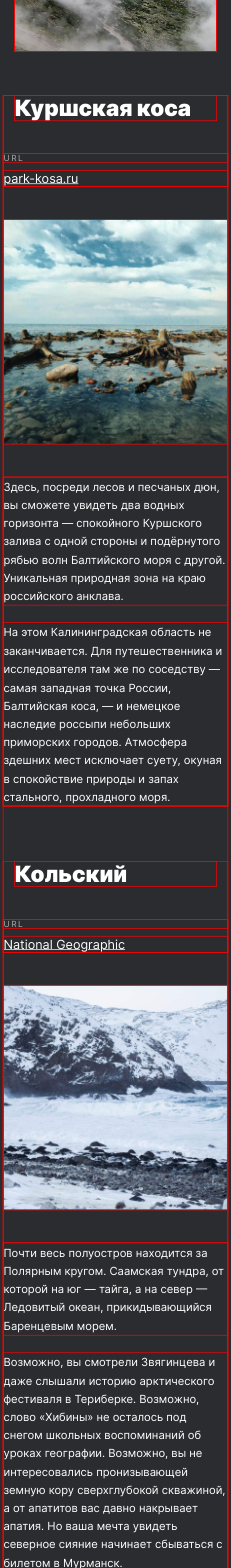
Repository: 89373611988/russia-travel
Page: index.html
The author's editor kept a copy of each file at every save. The page is drawn from the files as they stood at one save, then again after the next save.
The browser window is 330 px wide. The pictures show the part of the page from y = 4260 to 6500 px (the page is 10976 px tall before and 15829 px after), at 70% of full size.

Above is the page before, as saved 2021-12-23 00:05:02.

### index.html
<!DOCTYPE html>
<html lang="ru">
  <head>
    <meta charset="UTF-8" />
    <meta name="viewport" content="width=device-width, initial-scale=1">
    <title>Путешествие по России</title>
    <link rel="stylesheet" href="pages/index.css" />
  </head>

  <body>
    <div class="page">
      <header class="header page__header">
        <img src="./images/header-logo.svg" alt="" class="header__logo">
        <ul class="header__list">
          <li class="header__item">
            <a href="#" target="_blank" class="header__lang-link">Ru</a>
          </li>
          <li class="header__item">
            <a href="#" target="_blank" class="header__lang-link">En</a>
          </li>
        </ul>
      </header>
      <main class="content">

        <section class="lead">
          <h1 class="lead__title">Путешествия по России</h1>
          <p class="lead__subtitle">Настоящая страна не в выпусках новостей, а здесь.</p>
          <img src="./images/lead-polka.jpg" alt="Отдых в вагоне" class="lead__image">
          <p class="lead__caption">ваша полка — верхняя</p>
        </section>


        <section class="intro page__intro">
          <h2 class="intro__title">Чего мы там не видели?</h2>
          <p class="intro__text">По опросам ВЦИОМ, 95% россиян мечтают куда-нибудь поехать, но только 36% планируют провести отпуск в родной стране. Мол, чего мы тут, дома, не видели? На самом деле, Россия — это целая вселенная с ласковым морем юга, густыми лесами Саян и суровыми льдами плато Путорана. А ещё увидеть все эти красоты можно без миллионов на счету, загранпаспорта и многочасовых перелетов. Как, например, Вера Башмакова — смелая молодая мама, которая взяла в охапку троих детей, усадила их в свою «Ладу» и проехала 20 тысяч километров по родной стране. Мы выбрали и описали некоторые интересные места, достойные вашего отпуска.</p>
          <ul class="intro__list">
            <li class="intro__item">Часовых поясов
              <span class="intro__number">11</span>
            </li>
            <li class="intro__item">Объектов природного наследия ЮНЕСКО
              <span class="intro__number">12</span>
            </li>
            <li class="intro__item">Объектов культурного наследия ЮНЕСКО
              <span class="intro__number">16</span>
            </li>
            <li class="intro__item">Природных заповедников
              <span class="intro__number">105</span>
            </li>
            <li class="intro__item">Аэропортов
              <span class="intro__number">241</span>
            </li>
          </ul>
        </section>


        <section class="photo-grid">
          <img src="./images/photo-grid-train.jpg" alt="Вид из окна вагона" class="photo-grid__item">
          <img src="./images/photo-grid-atharva-tulsi.jpg" alt="Облака в горах" class="photo-grid__item">
          <img src="./images/photo-grid-tuman.jpg" alt="Собака на сене" class="photo-grid__item">
          <img src="./images/photo-grid-sochi.jpg" alt="Туман в горах" class="photo-grid__item">
          <img src="./images/photo-grid-arisa.jpg" alt="Машина на льду" class="photo-grid__item">
          <img src="./images/photo-grid-baikal.jpg" alt="Берег Байкала" class="photo-grid__item">
          <img src="./images/photo-grid-elbrus.jpg" alt="Гора Эльбрус" class="photo-grid__item">
          <img src="./images/photo-grid-kondratiev.jpg" alt="Пешеходный переход" class="photo-grid__item">
          <img src="./images/photo-grid-kamchatka-1.jpg" alt="Горный барельеф на Камчатке" class="photo-grid__item">
          <img src="./images/photo-grid-kamchatka-2.jpg" alt="Камчатка Гора" class="photo-grid__item">
          <img src="./images/photo-grid-baikal-2.jpg" alt="Горный берг Байкала" class="photo-grid__item">
          <img src="./images/photo-grid-ergaki.jpg" alt="Горы в тумане" class="photo-grid__item">
        </section>


        <section class="places page__places">
          <div class="place">
            <h2 class="place__title">Куршская коса</h2>
            <div class="place__website">
              <h3 class="place__url-heading">URL</h3>
              <a href="http://park-kosa.ru" class="place__link">park-kosa.ru</a>
            </div>
            <img src="./images/place-kosa.jpg" alt="Куршский залив" class="place__image">
            <div class="place__container">
              <p class="place__paragraph">Здесь, посреди лесов и песчаных дюн, вы сможете увидеть два водных горизонта — спокойного Куршского залива с одной стороны и подёрнутого рябью волн Балтийского моря с другой. Уникальная природная зона на краю российского анклава.</p>
            <p class="place__paragraph">На этом Калининградская область не заканчивается. Для путешественника и исследователя там же по соседству — самая западная точка России, Балтийская коса, — и немецкое наследие россыпи небольших приморских городов. Атмосфера здешних мест исключает суету, окуная в спокойствие природы и запах стального, прохладного моря.</p>
            </div>
          </div>
          <div class="place">
            <h2 class="place__title">Кольский</h2>
            <div class="place__website">
              <h3 class="place__url-heading">URL</h3>
              <a href="https://yourshot.nationalgeographic.com/photos/?keywords=kolskiy" class="place__link">National Geographic</a>
            </div>
            <img src="./images/place-kolsky.jpg" alt="Кольский полуостров" class="place__image">
            <div class="place__container">
              <p class="place__paragraph">Почти весь полуостров находится за Полярным кругом. Саамская тундра, от которой на юг — тайга, а на север — Ледовитый океан, прикидывающийся Баренцевым морем.</p>
              <p class="place__paragraph">Возможно, вы смотрели Звягинцева и даже слышали историю арктического фестиваля в Териберке. Возможно, слово «Хибины» не осталось под снегом школьных воспоминаний об уроках географии. Возможно, вы не интересовались пронизывающей земную кору сверхглубокой скважиной, а от апатитов вас давно накрывает апатия. Но ваша мечта увидеть северное сияние начинает сбываться с билетом в Мурманск.</p>
            </div>
          </div>
          <div class="place">
            <h2 class="place__title">Алтай</h2>
            <div class="place__website">
              <h3 class="place__url-heading">URL</h3>
              <a href="https://www.facebook.com/vera.bashmakova/posts/10156011613718822" class="place__link">Facebook</a>
            </div>
            <img src="./images/place-altai.jpg" alt="Природа Алтая" class="place__image">
            <div class="place__container">
              <p class="place__paragraph">Алтай — одно из красивейших мест в России.
                В первую очередь из-за гор: если ехать вдоль хребта, вы увидите склоны, усыпанные соснами, горные реки и озёра. А если вы откроете в автомобиле окна, сможете познакомиться с невидимым чудом здешних мест — горным воздухом.</p>
              <p class="place__paragraph">Климат на Алтае умеренный, поэтому ехать сюда лучше всего летом. Так вы увидите всё разнообразие местной флоры и фауны. По лесам Алтая бродят лоси, над хребтами летают орлы, а на равнинах пасутся косули. И знаменитые манулы — тоже обитатели Алтайского края.</p>
            </div>
          </div>
          <div class="place">
            <h2 class="place__title">Зимний Байкал</h2>
            <div class="place__website">
              <h3 class="place__url-heading">URL</h3>
              <a href="https://vk.com/baikalmile" class="place__link">https://vk.com/baikalmile</a>
            </div>
            <img src="./images/place-winter-baikal.jpg" alt="Морозные узора" class="place__image">
            <div class="place__container">
              <p class="place__paragraph">Всем известен Байкал как крупнейшее озеро
                в мире. Многие также знают, что это самый большой источник пресной воды и одно из красивейших мест в России.</p>
              <p class="place__paragraph">Конечно, это всё так. Но Байкал ещё идеальное    место для соревнований по скийорингу. Это такой вид спорта, когда лыжник привязывает себя к мотоциклу, и тандем старается развить как можно бóльшую скорость на льду. В марте 2019 года на фестивале «Байкальская миля» был поставлен мировой рекорд — 197.011 км/ч.</p>
            </div>
          </div>
          <div class="place">
            <h2 class="place__title">Карелия</h2>
            <div class="place__website">
              <h3 class="place__url-heading">URL</h3>
              <a href="http://vodlozero.ru" class="place__link">http://vodlozero.ru/</a>
            </div>
            <img src="./images/place-karelia.jpg" alt="Река в лесу" class="place__image">
            <div class="place__container">
              <p class="place__paragraph">Сибирь заканчивается не на Урале, а в Карелии: образующая тайгу сибирская лиственница не растёт западнее Водлозера. Зато здесь она вымахивает на 30 метров — леса карельских национальных парков из-за непроходимых болот никогда не знали топора. Некоторым соснам уже больше чем полтысячелетия. Прикоснитесь к живому существу, видевшему солнце раньше, чем увидал его Иван Грозный. В девственном лесу на сотню километров не встретишь тропы. А на редких тропинках деревья в паре метров от земли помечены медвежьими когтями. Чтобы все знали, кто тут хозяин.</p>
            </div>
          </div>
        </section>


        <section class="cover page__cover">
          <a href="https://stampsy.com/na-elektrichkakh-do-baikala" class="cover__overlay">
            <h2 class="cover__title">До Байкала «на собаках»</h2>
            <p class="cover__subtitle">По мотивам учебной темы о Транссибе — путешествие от столицы до Байкала на электричках.</p>
          </a>
        </section>
      </main>


      <footer class="footer">
        <ul class="footer__list">
          <li class="footer__item">
            <a href="https://yandex.ru/maps" class="footer__link">Карты</a>
          </li>
          <li class="footer__item">
            <a href="https://yandex.ru/pogoda" class="footer__link">Погода</a>
          </li>
          <li class="footer__item">
            <a href="https://rasp.yandex.ru" class="footer__link">Расписание</a>
          </li>
          <li class="footer__item">
            <a href="https://calendar.yandex.ru" class="footer__link">Календарь</a>
          </li>
          <li class="footer__item">
            <a href="https://travel.yandex.ru" class="footer__link">Путешествия</a>
          </li>
        </ul>
        <p class="footer__copyright">&copy; 2021. Эльвира Киямова</p>
      </footer>

    </div>
  </body>
</html>

### pages/index.css
@import url("../styles/normalize.css");

@import url("../blocks/page/page.css");
@import url("../blocks/page/__header/page__header.css");
@import url("../blocks/page/__intro/page__intro.css");
@import url("../blocks/page/__cover/page__cover.css");
@import url("../blocks/page/__places/page__places.css");

@import url("../blocks/header/header.css");
@import url("../blocks/header/__logo/header__logo.css");
@import url("../blocks/header/__list/header__list.css");
@import url("../blocks/header/__item/header__item.css");
@import url("../blocks/header/__lang-link/header__lang-link.css");

@import url("../blocks/content/content.css");

@import url("../blocks/lead/lead.css");
@import url("../blocks/lead/__title/lead__title.css");
@import url("../blocks/lead/__subtitle/lead__subtitle.css");
@import url("../blocks/lead/__image/lead__image.css");
@import url("../blocks/lead/__caption/lead__caption.css");

@import url("../blocks/intro/intro.css");
@import url("../blocks/intro/__title/intro__title.css");
@import url("../blocks/intro/__text/intro__text.css");
@import url("../blocks/intro/__list/intro__list.css");
@import url("../blocks/intro/__item/intro__item.css");
@import url("../blocks/intro/__number/intro__number.css");

@import url("../blocks/photo-grid/photo-grid.css");
@import url("../blocks/photo-grid/__item/photo-grid__item.css");

@import url("../blocks/places/places.css");
@import url("../blocks/place/place.css");
@import url("../blocks/place/__container/place__container.css");
@import url("../blocks/place/__image/place__image.css");
@import url("../blocks/place/__link/place__link.css");
@import url("../blocks/place/__paragraph/place__paragraph.css");
@import url("../blocks/place/__title/place__title.css");
@import url("../blocks/place/__url-heading/place__url-heading.css");
@import url("../blocks/place/__website/place__website.css");

@import url("../blocks/cover/cover.css");
@import url("../blocks/cover/__title/cover__title.css");
@import url("../blocks/cover/__subtitle/cover__subtitle.css");
@import url("../blocks/cover/__overlay/cover__overlay.css");

@import url("../blocks/footer/footer.css");
@import url("../blocks/footer/__list/footer__list.css");
@import url("../blocks/footer/__item/footer__item.css");
@import url("../blocks/footer/__link/footer__link.css");
@import url("../blocks/footer/__copyight/footer__copyight.css");

@import url("../fonts/fonts/fonts.css");

### blocks/page/page.css
* {
  outline-width: 1px;
  outline-style: solid;
  outline-color: red;
}

.page {
  color: #ffffff;
  background-color: #2a2c2f;
  font-family: 'Inter', Arial, sans-serif;
  font-style: normal;
  padding: 28px 0 24px;
  -moz-osx-font-smoothing: grayscale;
  -webkit-font-smoothing: antialiased;
  -webkit-text-size-adjust: 100%;
  -ms-text-size-adjust: 100%;
  -moz-text-size-adjust: 100%;
  text-rendering: optimizeLegibility;
  display: flex;
  flex-direction: column;
  align-items: center;
}

### blocks/page/__header/page__header.css
.page__header {
  margin-bottom: 56px;
}

### blocks/page/__intro/page__intro.css
.page__intro {
  margin: 92px 0;
}

### blocks/page/__cover/page__cover.css
.page__cover {
  margin: 92px 0;
}

### blocks/page/__places/page__places.css
.page__places {
  margin: 92px auto 0;
}

### blocks/header/header.css
.header {
  display: flex;
  flex-direction: row;
  justify-content: space-between;
  width: 1184px;
}

@media (max-width: 1200px) {
  .header {
    width: 928px;
  }
}

@media (max-width: 940px) {
  .header {
    width: 720px;
  }
}

@media (max-width: 768px) {
  .header {
    width: 720px;
  }
}

@media (max-width: 730px) {
  .header {
    width: 600px;
  }
}

@media (max-width: 640px) {
  .header {
    width: 500px;
  }
}

@media (max-width: 540px) {
  .header {
    width: 400px;
  }
}

@media (max-width: 440px) {
  .header {
    width: 300px;
  }
}

@media (max-width: 320px) {
  .header {
    width: 288px;
  }
}

### blocks/header/__logo/header__logo.css
.header__logo {
  width: 176px;
  height: 52px;
}

@media (max-width: 500px) {
  .header__logo {
    width: 142px;
    height: 42px;
  }
}

### blocks/header/__list/header__list.css
.header__list {
  display: flex;
  flex-direction: row;
  align-items: flex-end;
  padding: 0;
  margin: 0;
}

### blocks/header/__item/header__item.css
.header__item {
  list-style-type: none;
  width: 30px;
  height: 28px;
}

.header__item:first-child {
  margin-right: 18px;
  text-decoration: underline;
}

### blocks/header/__lang-link/header__lang-link.css
.header__lang-link {
  font-size: 24px;
  line-height: 28px;
  color: #fff;
  text-decoration: none;
}

@media (max-width: 500px) {
  .header__lang-link {
    font-size: 18px;
    line-height: 20px;
  }
}

### blocks/content/content.css
@media (max-width: 320px) {
  .content {
    max-width: 320px;
  }
}

### blocks/lead/lead.css
.lead {
  display: flex;
  flex-direction: column;
  align-items: center;
}

@media (max-width: 1280px) {
  .lead {
    max-width: 984px;
  }
}

@media (max-width: 1100px) {
  .lead {
    margin: 0 48px;
    max-width: 928px;
  }
}

@media (max-width: 330px) {
  .lead {
    max-width: 320px;
  }
}

@media (max-width: 1024px) {
  .lead {
    margin: 0 48px;
    max-width: 768px;
}
}

@media (max-width: 850px) {
  .lead {
    margin: 0 auto;
    max-width: 768px;
  }
}

@media (max-width: 350px) {
  .lead {
    margin: 0;
  }
}

### blocks/lead/__title/lead__title.css
.lead__title {
  font-weight: 900;
  font-size: 96px;
  line-height: 100px;
  max-width: 720px;
  text-align: center;
  align-self: center;
  margin: 0;
}

@media (max-width: 768px) {
  .lead__title {
    font-size: 70px;
    line-height: 80px;
    max-width: 500px;
  }
}

@media (max-width: 520px) {
  .lead__title {
    font-size: 50px;
    line-height: 70px;
    max-width: 400px;
  }
}

@media (max-width: 440px) {
  .lead__title {
    font-size: 45px;
    line-height: 50px;
    max-width: 330px;
  }
}

@media (max-width: 320px) {
  .lead__title {
    font-size: 40px;
    line-height: 44px;
    max-width: 288px;
  }
}

### blocks/lead/__subtitle/lead__subtitle.css
.lead__subtitle {
  font-size: 30px;
  line-height: 36px;
  align-self: center;
  margin: 32px 0 64px;
  max-width: 640px;
  text-align: center;
}

@media (max-width: 680px) {
  .lead__subtitle {
    font-size: 28px;
    line-height: 30px;
    max-width: 550px;
  }
}

@media (max-width: 575px) {
  .lead__subtitle {
    font-size: 25px;
    line-height: 30px;
    max-width: 400px;
  }
}

@media (max-width: 430px) {
  .lead__subtitle {
    font-size: 18px;
    line-height: 25px;
    max-width: 300px;
  }
}

@media (max-width: 320px) {
  .lead__subtitle {
    font-size: 16px;
    line-height: 20px;
    max-width: 288px;
  }
}

### blocks/lead/__image/lead__image.css
.lead__image {
  max-width: 984px;
  max-height: 615px;
  margin: 0 auto;
}

@media (max-width: 1100px) {
  .lead__image {
    margin: 0 48px;
    width: 100%;
  }
}

@media (max-width: 1024px) {
  .lead__image {
    margin: 0 48px;
    max-width: 768px;
  }
}

@media (max-width: 850px) {
  .lead__image {
    margin: 0;
    width: 100%;
  }
}

@media (max-width: 320px) {
  .lead__image {
    max-width: 320px;
  }
}

### blocks/lead/__caption/lead__caption.css
.lead__caption {
  font-size: 10px;
  line-height: 14px;
  letter-spacing: 1.5px;
  margin: 8px 0 0;
  text-transform: uppercase;
  align-self: flex-start;
}

@media (max-width: 768px) {
  .lead__caption {
    margin-left: 24px;
  }
}

@media (max-width: 330px) {
  .photo-grid {
    max-width: 320px;
    margin-left: 16px;
  }
}

### blocks/intro/intro.css
.intro {
  max-width: 690px;
}

@media (max-width: 1024px) {
  .intro {
    margin-left: 48px;
  }
}

@media (max-width: 768px) {
  .intro {
    max-width: 720px;
    margin-left: 24px;
    margin-right: 24px;
  }
}

@media (max-width: 320px) {
  .intro {
    max-width: 288px;
    margin-left: 16px;
    margin-right: 16px;
  }
}

### blocks/intro/__title/intro__title.css
.intro__title {
  margin: 0;
  font-weight: 900;
  font-size: 54px;
  line-height: 58px;
}

@media (max-width: 768px) {
  .intro__title {
    font-size: 40px;
    line-height: 40px;
  }
}

@media (max-width: 400px) {
  .intro__title {
    font-size: 32px;
    line-height: 35px;
  }
}

### blocks/intro/__text/intro__text.css
.intro__text {
  font-size: 16px;
  line-height: 163%;
  margin: 40px 0 33px;
}

### blocks/intro/__list/intro__list.css
.intro__list {
  margin: 0;
  padding: 0;
  font-weight: bold;
  font-size: 12px;
  line-height: 18px;
}

### blocks/intro/__item/intro__item.css
.intro__item {
  list-style-type: none;
}

### blocks/intro/__number/intro__number.css
.intro__number {
  font-weight: normal;
}

### blocks/photo-grid/photo-grid.css
.photo-grid {
  display: grid;
  justify-content: center;
  grid-template-columns: repeat(auto-fit, minmax(284px, 1fr));
  grid-template-rows: repeat(auto-fit, minmax(213px, 1fr));
  gap: 16px;
  padding: 0;
  margin: 0;
}

@media (max-width: 1024px) {
  .photo-grid {
    gap: 14px;
    margin: 0 48px;
  }
}

@media (max-width: 770px) {
  .photo-grid {
    gap: 16px;
    margin: 0 24px;
  }
}

@media (max-width: 330px) {
  .photo-grid {
    width: 288px;
    margin: 0 auto;
  }
}

### blocks/places/places.css
.places {
  max-width: 984px;
  display: flex;
  flex-direction: column;
  align-items: center;
}

@media (max-width: 1024px) {
  .places {
    max-width: 928px;
    margin: 88px auto 0;
  }
}

@media (max-width: 960px) {
  .places {
    max-width: 928px;
    margin: 88px auto 0;
  }
}

@media (max-width: 930px) {
  .places {
    max-width: 720px;
    margin: 88px auto 0;
  }
}

@media (max-width: 730px) {
  .places {
    max-width: 500px;
  }
}

@media (max-width: 530px) {
  .places {
    max-width: 400px;
  }
}

@media (max-width: 425px) {
  .places {
    max-width: 320px;
    margin: 64px auto 0;
  }
}

### blocks/place/place.css
.place {
  display: grid;
  justify-content: center;
  grid-template-columns: repeat(2, minmax(320px, 460px));
  grid-template-rows: repeat(2, minmax(auto-fit, 1fr));
  grid-column-gap: 40px;
  grid-row-gap: 48px;
  margin: 0 auto 80px;
}

.place:last-child {
  margin: 0;
}

@media (max-width: 1024px) {
  .place {
    grid-column-gap: 32px;
  }
}

@media (max-width: 768px) {
  .place {
    grid-column-gap: 28px;
  }
}

@media (max-width: 750px) {
  .place {
    grid-template-columns: repeat(1, minmax(288px, 460px));
    grid-column-gap: 32px;
  }
}

### blocks/place/__container/place__container.css
.place__container {

}

### blocks/place/__link/place__link.css
.place__link {
  color: #fff;
  font-weight: normal;
  font-size: 18px;
  line-height: 22px;
}

.place__link:hover {
  opacity: 0.7;
  cursor: pointer;
  transition: opacity 0.5s ease;
}

### blocks/place/__paragraph/place__paragraph.css
.place__paragraph {
  font-weight: normal;
  font-size: 18px;
  line-height: 163%;
  max-width: 484px;
  margin: 0;
}

.place__paragraph:first-child {
  margin-bottom: 26px;
}

@media (max-width: 768px) {
  .place__paragraph {
    font-size: 16px;
  }
}

@media (max-width: 330px) {
  .place__para {
    font-size: 32px;
    line-height: 35px;
    margin: 0 16px;
  }
}

### blocks/place/__title/place__title.css
.place__title {
  font-weight: 900;
  font-size: 72px;
  line-height: 76px;
  margin: 0;
}

@media (max-width: 768px) {
  .place__title {
    font-size: 42px;
    line-height: 46px;
  }
}

@media (max-width: 330px) {
  .place__title {
    font-size: 32px;
    line-height: 35px;
    margin: 0 16px;
  }
}

### blocks/place/__url-heading/place__url-heading.css
.place__url-heading {
  font-weight: normal;
  font-size: 12px;
  line-height: 12px;
  letter-spacing: 2px;
  color: #aaa;
  margin: 0 0 12px;
}

### blocks/place/__website/place__website.css
.place__website {
  display: flex;
  flex-direction: column;
  justify-content: flex-end;
}

### blocks/cover/cover.css
.cover {

}

### blocks/cover/__title/cover__title.css
.cover__title {
  font-weight: 900;
  font-size: 72px;
  line-height: 76px;
  margin: 0;
  max-width: 560px;
  white-space: pre-line;
  text-align: center;
}

@media (max-width: 550px) {
  .cover__title {
    font-size: 50px;
    line-height: 45px;
    max-width: 450px;
  }
}

@media (max-width: 450px) {
  .cover__title {
    font-size: 40px;
    line-height: 40px;
    max-width: 320px;
  }
}

@media (max-width: 320px) {
  .cover__title {
    font-size: 32px;
    line-height: 35px;
    max-width: 288px;
  }
}

### blocks/cover/__subtitle/cover__subtitle.css
.cover__subtitle {
  font-size: 18px;
  line-height: 22px;
  margin: 32px 0 0;
  max-width: 360px;
  white-space: pre-line;
  text-align: center;
}

@media (max-width: 400px) {
  .cover__subtitle {
    font-size: 16px;
    line-height: 20px;
    max-width: 330px;
  }
}

@media (max-width: 320px) {
  .cover__subtitle {
    font-size: 14px;
    line-height: 16px;
    max-width: 288px;
  }
}

### blocks/cover/__overlay/cover__overlay.css
.cover__overlay {
  position: relative;
  color: #fff;
  text-decoration: none;
  display: flex;
  flex-direction: column;
  align-items: center;
  justify-content: center;
  min-height: 740px;
  max-width: 1184px;
  background-image: url(../../../images/cover-trains.jpg);
  background-size: cover;
  background-repeat: no-repeat;
  background-position: center;
  box-sizing: border-box;
  z-index: 0;
}

.cover__overlay::before {
  position: absolute;
  content: "";
  left: 0;
  top: 0;
  right: 0;
  bottom: 0;
  background: #2a2c2f;
  opacity: 0.3;
  z-index: -1;
  transition: opacity 0.3s;
}

.cover__overlay:hover::before {
  opacity: 0.7;
}

@media screen and (max-width: 1023px) {
  .cover__overlay {
    max-width: 100%;
  }
}

@media screen and (max-width: 768px) {
  .cover__overlay {
  }
}

@media screen and (max-width: 320px) {
  .cover__overlay {
    min-height: 200px;
  }
}

### blocks/footer/footer.css
.footer {
  width: 1184px;
  display: flex;
  flex-direction: row;
  justify-content: space-between;
}

@media (max-width: 1220px) {
  .footer {
    width: 1000px;
  }
}

@media (max-width: 1024px) {
  .footer {
    width: 928px;
  }
}

@media (max-width: 960px) {
  .footer {
    width: 800px;
  }
}

@media (max-width: 960px) {
  .footer {
    width: 800px;
  }
}

@media (max-width: 840px) {
  .footer {
    width: 750px;
  }
}

@media (max-width: 768px) {
  .footer {
    width: 720px;
  }
}

@media (max-width: 750px) {
  .footer {
    width: 186px;
    flex-direction: column;
    align-self: flex-start;
    margin-left: 16px;
  }
}

### blocks/footer/__list/footer__list.css
.footer__list {
  display: flex;
  flex-direction: row;
  padding: 0;
  margin: 0;
  font-size: 16px;
  line-height: 18px;
}

@media (max-width: 750px) {
  .footer__list {
    flex-direction: column;
    margin-bottom: 48px;
  }
}

@media (max-width: 400px) {
  .footer__list {
    font-size: 24px;
    line-height: 24px;
  }
}

### blocks/footer/__item/footer__item.css
.footer__item {
  list-style-type: none;
  margin-right: 18px;
}

@media (max-width: 750px) {
  .footer__item {
    width: 186px;
    margin-bottom: 32px;
  }
}

### blocks/footer/__link/footer__link.css
.footer__link {
  color: #fff;
  text-decoration: none;
}

.footer__link:hover {
  opacity: 0.7;
  cursor: pointer;
  transition: opacity 0.5s ease;
}

### blocks/footer/__copyight/footer__copyight.css
.footer__copyright {
  margin: 0;
  font-size: 14px;
  line-height: 16px;
}

@media (max-width: 320px) {
  .footer__copyright {
    line-height: 14px;
  }
}

### fonts/fonts/fonts.css
@font-face {
  font-family: 'Inter';
  font-style: normal;
  font-weight: 400;
  src: url("Inter-Regular.woff2") format("woff2"),
  url("Inter-Regular.woff?v=3.15") format("woff");
}

@font-face {
  font-family: 'Inter';
  font-style: normal;
  font-weight: 900;
  src: url("Inter-Black.woff2?v=3.15") format("woff2"),
  url("Inter-Black.woff?v=3.15") format("woff");
}

Loaded but not shown: styles/normalize.css (library); blocks/photo-grid/__item/photo-grid__item.css (common file); blocks/place/__image/place__image.css (common file)

After the next save:
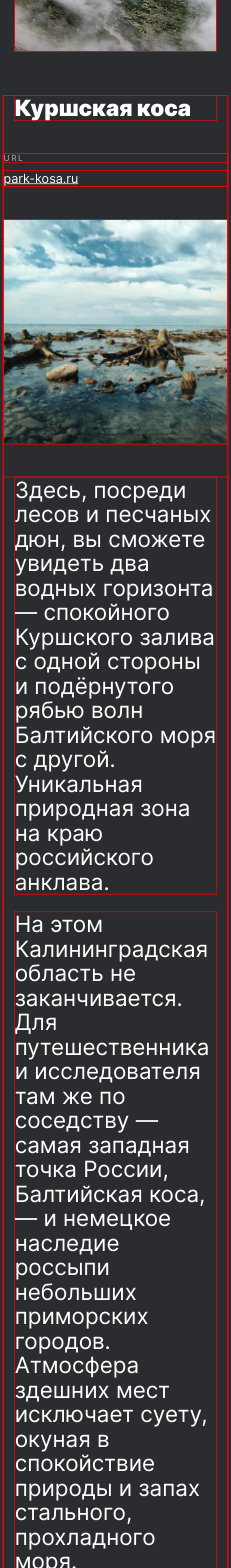
Saved 4 s later.
--- a/blocks/place/__paragraph/place__paragraph.css
+++ b/blocks/place/__paragraph/place__paragraph.css
@@ -17,7 +17,7 @@
 }
 
 @media (max-width: 330px) {
-  .place__para {
+  .place__paragraph {
     font-size: 32px;
     line-height: 35px;
     margin: 0 16px;
